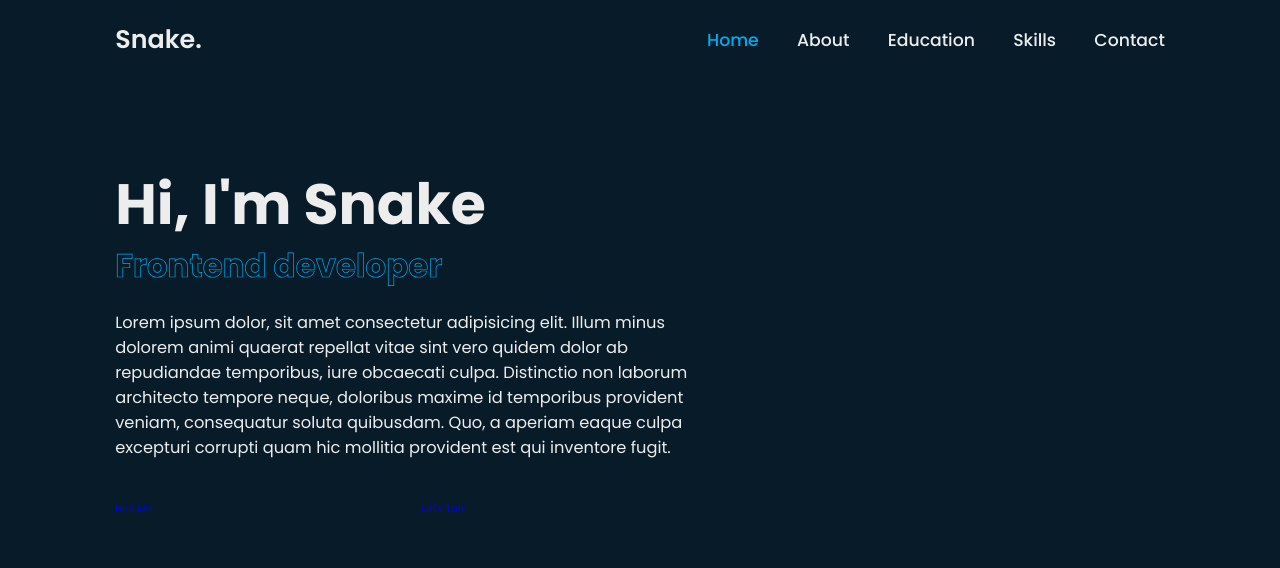
Repository: Tanty102/About_Me
Page: index.html
An editor plug-in stored every save of this project. The page is shown before and after the next save, followed by the edit.
The browser window is 1280 px wide. The pictures show the whole page.

Above is the page before, as saved 2023-09-12 16:44:00.

### index.html
<!DOCTYPE html>
<html lang="en">
  <head>
    <meta charset="UTF-8" />
    <meta name="viewport" content="width=device-width, initial-scale=1.0" />
    <link rel="stylesheet" href="style.css" />
    <title>CV Snake</title>
  </head>

  <!-- box icons -->
  <link href='https://unpkg.com/boxicons@2.1.4/css/boxicons.min.css' rel='stylesheet'>
  <body>
    <!-- Header design -->
    <header class="header">
      <a href="#" class="logo">Snake.</a>

      <div class="bx bx-menu" id="menu-icon"></div>

      <nav class="navbar">
        <a href="#home" class="active">Home</a>
        <a href="#about">About</a>
        <a href="#education">Education</a>
        <a href="#skills">Skills</a>
        <a href="#contact">Contact</a>
      </nav>
    </header>

    <!-- home section design -->
    <section class="home" id="home">
      <div class="home-content">
        <h1>Hi, I'm <span>Snake</span></h1>
        <div class="text-animate">
          <h3>Frontend developer</h3>
        </div>
        <p>Lorem ipsum dolor, sit amet consectetur adipisicing elit. Illum minus dolorem animi quaerat repellat vitae sint vero quidem dolor ab repudiandae temporibus, iure obcaecati culpa. Distinctio non laborum architecto tempore neque, doloribus maxime id temporibus provident veniam, consequatur soluta quibusdam. Quo, a aperiam eaque culpa excepturi corrupti quam hic mollitia provident est qui inventore fugit.</p>

        <div class="btn-box">
          <a href="#" class="btn">Hire Me</a>
          <a href="#" class="btn">Let's Talk</a>
        </div>
      </div>
    </section>

    <script src="main.js"></script>
  </body>
</html>

### style.css
@import url("https://fonts.googleapis.com/css2?family=Poppins:wght@300;400;500;600;700;800;900&display=swap");

* {
  margin: 0;
  padding: 0;
  box-sizing: border-box;
  text-decoration: none;
  border: none;
  outline: none;
  scroll-behavior: smooth;
  font-family: "Poppins", sans-serif;
}

:root {
  --bg-color: #081b29;
  --second-bg-color: #112e42;
  --text-color: #ededed;
  --main-color: #00abf0;
}

html {
  font-size: 63.5%;
  overflow-x: hidden;
}

body {
  background: var(--bg-color);
  color: var(--text-color);
}

.header {
  position: fixed;
  top: 0;
  left: 0;
  width: 100%;
  padding: 2rem 9%;
  background: transparent;
  display: flex;
  justify-content: space-between;
  align-items: center;
  z-index: 100;
}

.logo {
  font-size: 2.5rem;
  color: var(--text-color);
  font-weight: 600;
}

.navbar a {
  font-size: 1.7rem;
  color: var(--text-color);
  font-weight: 500;
  margin-left: 3.5rem;
  transition: 0.3s;
}

.navbar a:hover,
.navbar a.active{
  color: var(--main-color);
}

#menu-icon {
  font-size: 3.6rem;
  color: var(--text-color);
  cursor: pointer;
  display: none;
}

section {
  min-height: 100vh;
  padding: 10rem 9% 2rem;
}

.home {
  display: flex;
  align-items: center;
  padding: 0 9%;
}

.home-content {
  max-width: 60rem;
}

.home-content h1 {
  font-size: 5.6rem;
  font-weight: 700;
  line-height: 1.3;
}

.home-content .text-animate {
  position: relative;
  width: 32.8rem;
}

.home-content .text-animate h3 {
  font-size: 3.2rem;
  font-weight: 700;
  color: transparent;
  -webkit-text-stroke: 0.7px var(--main-color);
}

.home-content p {
  font-size: 1.6rem;
  margin: 2rem 0 4rem;
}

.btn-box {
  position: relative;
  display: flex;
  justify-content: space-between;
  width: 34.5rem;
  height: 5rem;
}
.btn-box .btn {
  position: relative;
  display: inline-flex;
  justify-content: center;
  ai
}

Loaded but not shown: main.js (no copy from this time; the picture is the same without it)

After the next save:
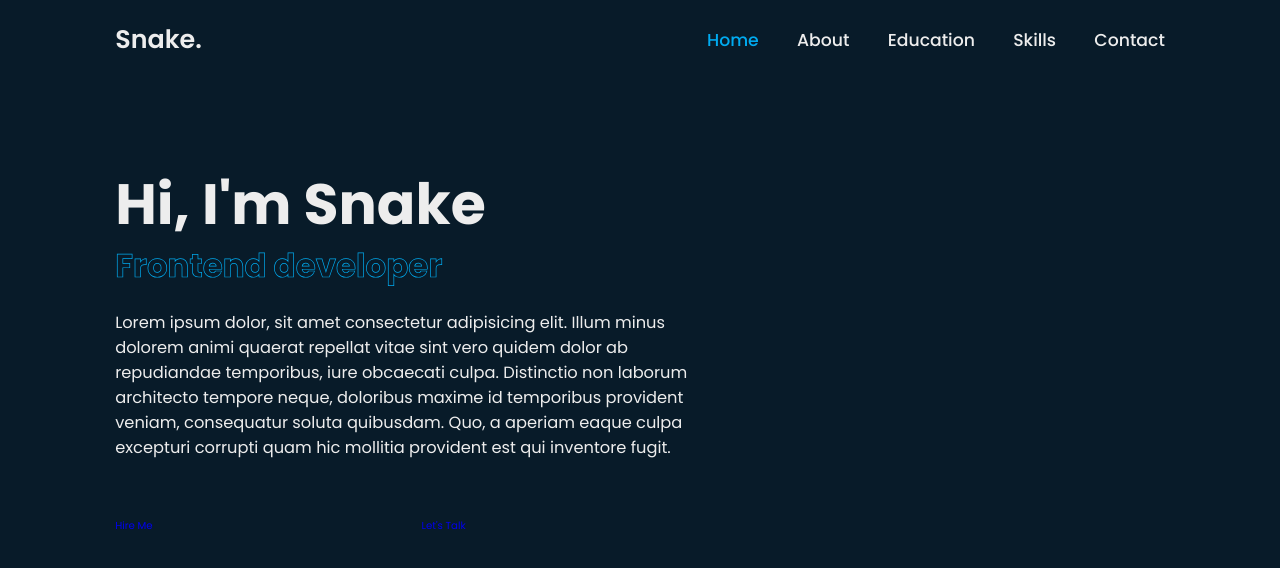
Saved 4 s later.
--- a/style.css
+++ b/style.css
@@ -116,5 +116,5 @@ section {
   position: relative;
   display: inline-flex;
   justify-content: center;
-  ai
+  align-items: center;
 }
